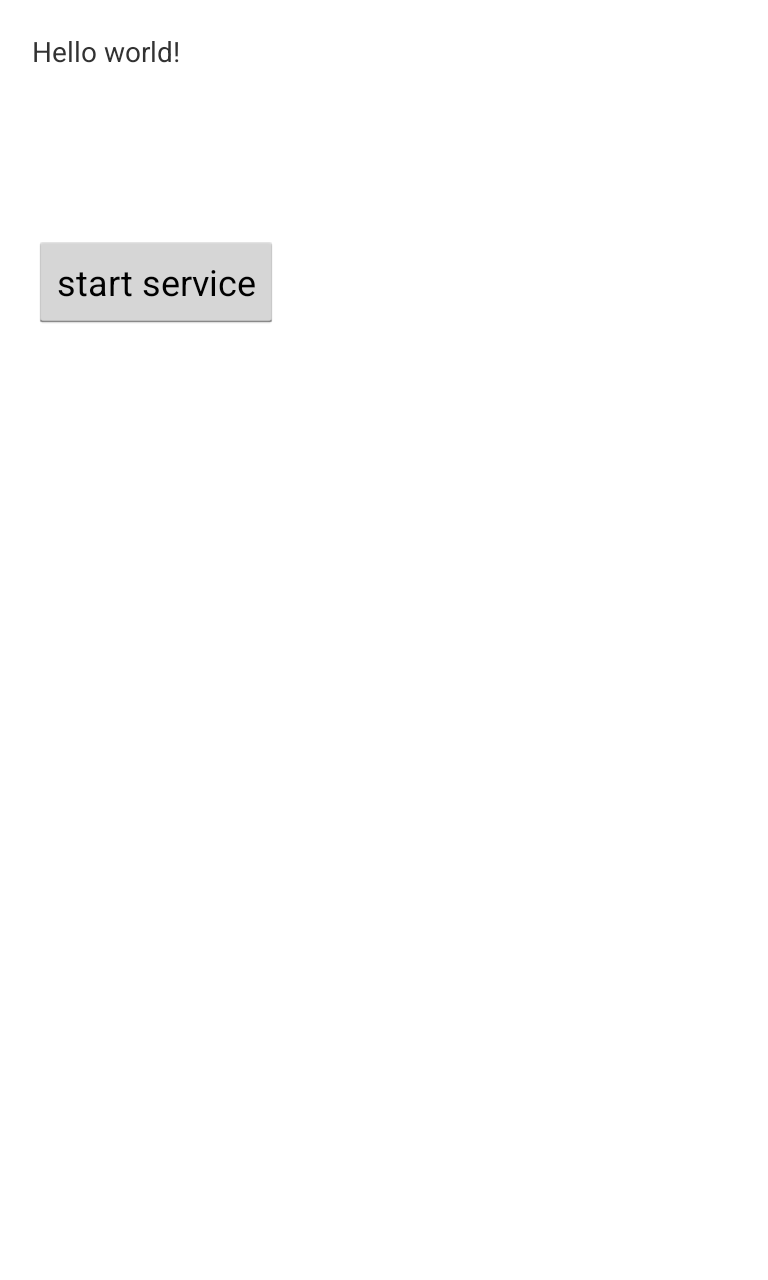
Repository: avenosu/android-coding-practice
Layout: Z002UsingService/res/layout/activity_main.xml
An editor plug-in stored every save of this project. The layout is shown before and after the next save, followed by the edit.
It is drawn on a 768 x 1280 px phone screen (xhdpi) without system bars, with theme AppTheme; the app's code is not run.

Above is the layout before, as saved 2015-03-24 12:58:11.

### Z002UsingService/res/layout/activity_main.xml
<RelativeLayout xmlns:android="http://schemas.android.com/apk/res/android"
    xmlns:tools="http://schemas.android.com/tools"
    android:layout_width="match_parent"
    android:layout_height="match_parent"
    android:paddingBottom="@dimen/activity_vertical_margin"
    android:paddingLeft="@dimen/activity_horizontal_margin"
    android:paddingRight="@dimen/activity_horizontal_margin"
    android:paddingTop="@dimen/activity_vertical_margin"
    tools:context="com.ZZZ.z002usingservice.MainActivity" >

    <TextView
        android:id="@+id/textView1"
        android:layout_width="wrap_content"
        android:layout_height="wrap_content"
        android:text="@string/hello_world" />

    <Button
        android:id="@+id/mainactivity_startservice"
        android:layout_width="wrap_content"
        android:layout_height="wrap_content"
        android:layout_alignLeft="@+id/textView1"
        android:layout_below="@+id/textView1"
        android:layout_marginTop="82dp"
        android:text="start service" />

</RelativeLayout>

### Z002UsingService/res/values/strings.xml
<?xml version="1.0" encoding="utf-8"?>
<resources>

    <string name="app_name">Z002UsingService</string>
    <string name="hello_world">Hello world!</string>
    <string name="action_settings">Settings</string>

</resources>

Loaded but not shown: Z002UsingService/res/values/styles.xml (common file); Z002UsingService/res/values-v11/styles.xml (common file); Z002UsingService/res/values-v14/styles.xml (common file); Z002UsingService/res/values/dimens.xml (common file); Z002UsingService/res/values-w820dp/dimens.xml (common file)

After the next save:
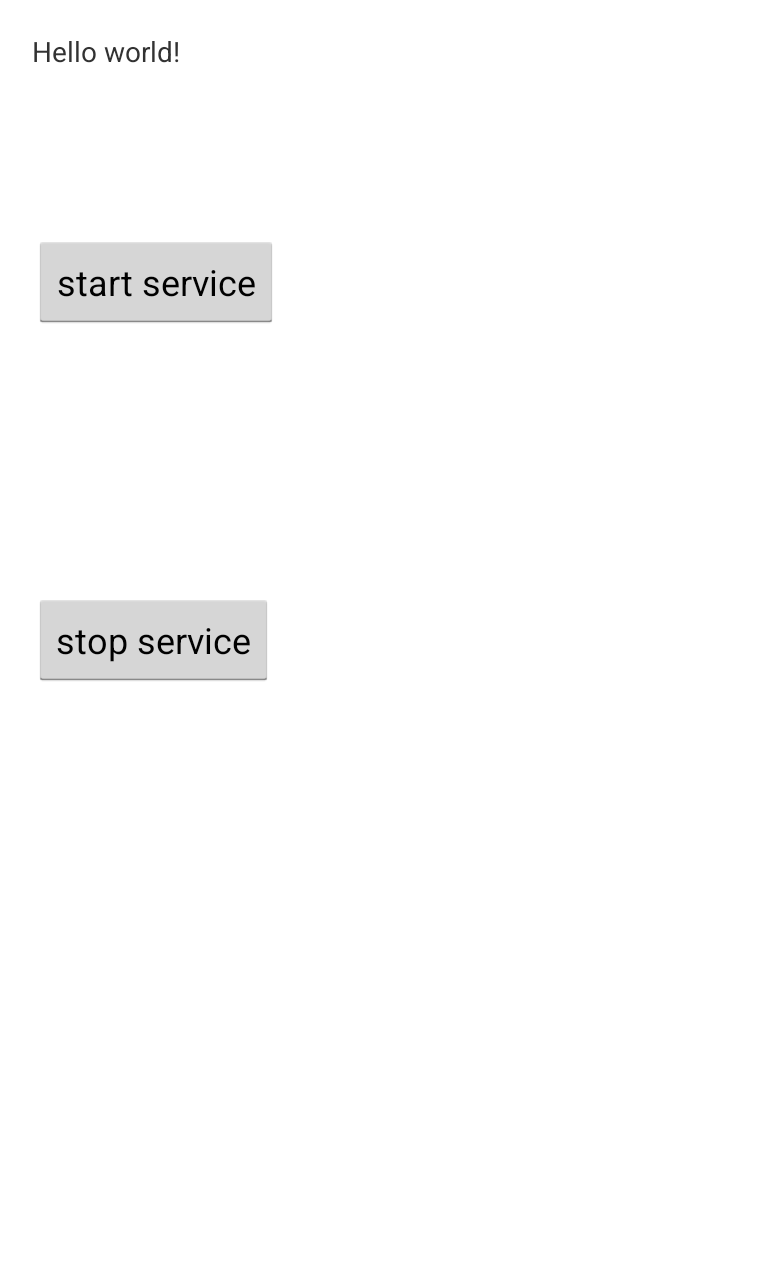
Saved 2 min 55 s later.
--- a/Z002UsingService/res/layout/activity_main.xml
+++ b/Z002UsingService/res/layout/activity_main.xml
@@ -15,7 +15,7 @@
         android:text="@string/hello_world" />
 
     <Button
-        android:id="@+id/mainactivity_startservice"
+        android:id="@+id/mainactivity_button1_startservice"
         android:layout_width="wrap_content"
         android:layout_height="wrap_content"
         android:layout_alignLeft="@+id/textView1"
@@ -23,4 +23,13 @@
         android:layout_marginTop="82dp"
         android:text="start service" />
 
+    <Button
+        android:id="@+id/mainactivity_button2_stopservice"
+        android:layout_width="wrap_content"
+        android:layout_height="wrap_content"
+        android:layout_alignLeft="@+id/mainactivity_startservice"
+        android:layout_alignRight="@+id/mainactivity_startservice"
+        android:layout_centerVertical="true"
+        android:text="stop service" />
+
 </RelativeLayout>
